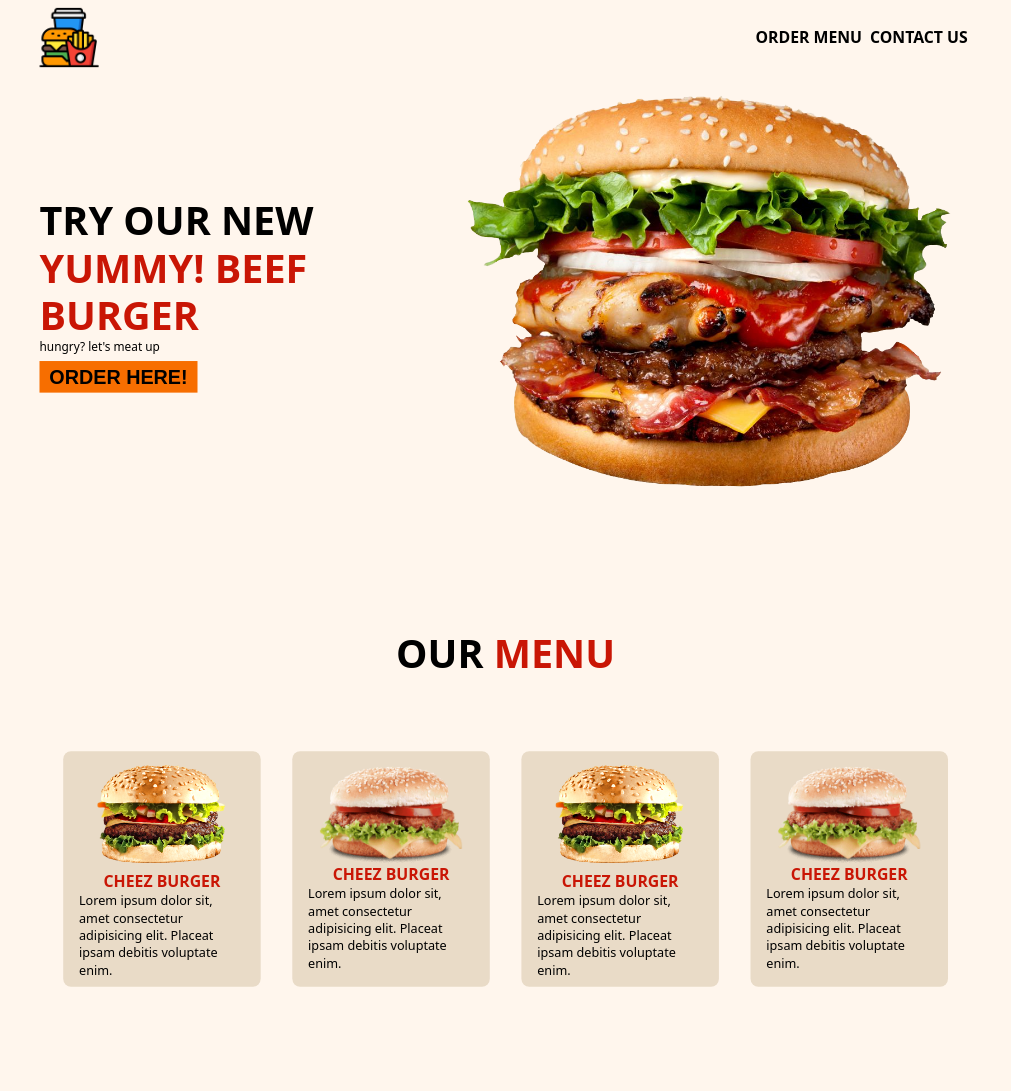
Repository: duc-thanh-2303/food
Page: index.html
The author's editor kept a copy of each file at every save. The page is drawn from the files as they stood at one save, then again after the next save.
The browser window is 1280 px wide. The pictures show the whole page, at 79% of full size.

Above is the page before, as saved 2022-11-29 15:51:08.

After the next save:
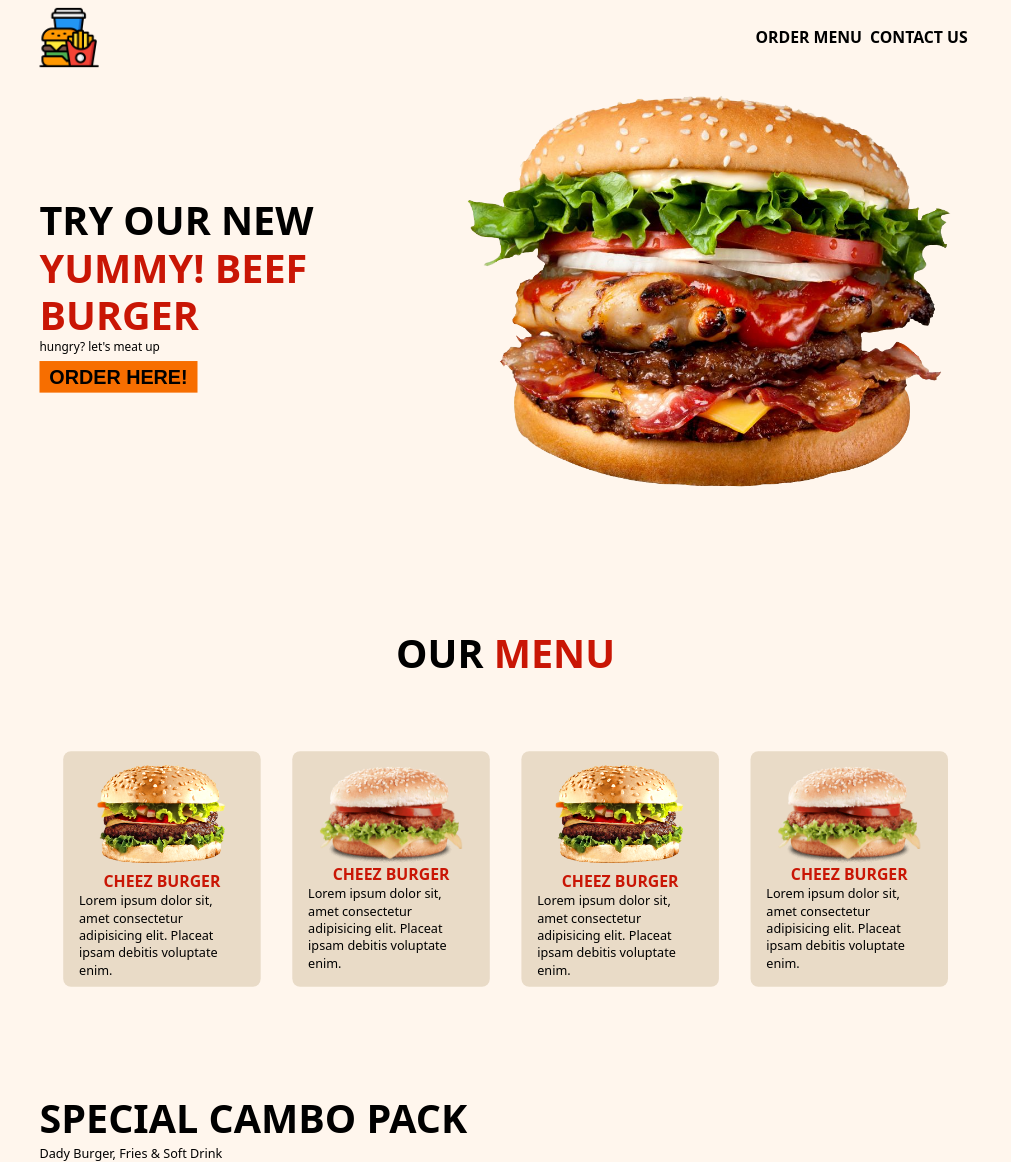
Saved 78 s later.
--- a/index.html
+++ b/index.html
@@ -63,6 +63,11 @@
                 </div>
             </div>
         </div>
+
+        <div class="combo">
+            <h1>SPECIAL CAMBO PACK</h1>
+            <p>Dady Burger, Fries & Soft Drink</p>
+        </div>
     </div>
 
     <!-- footer -->
